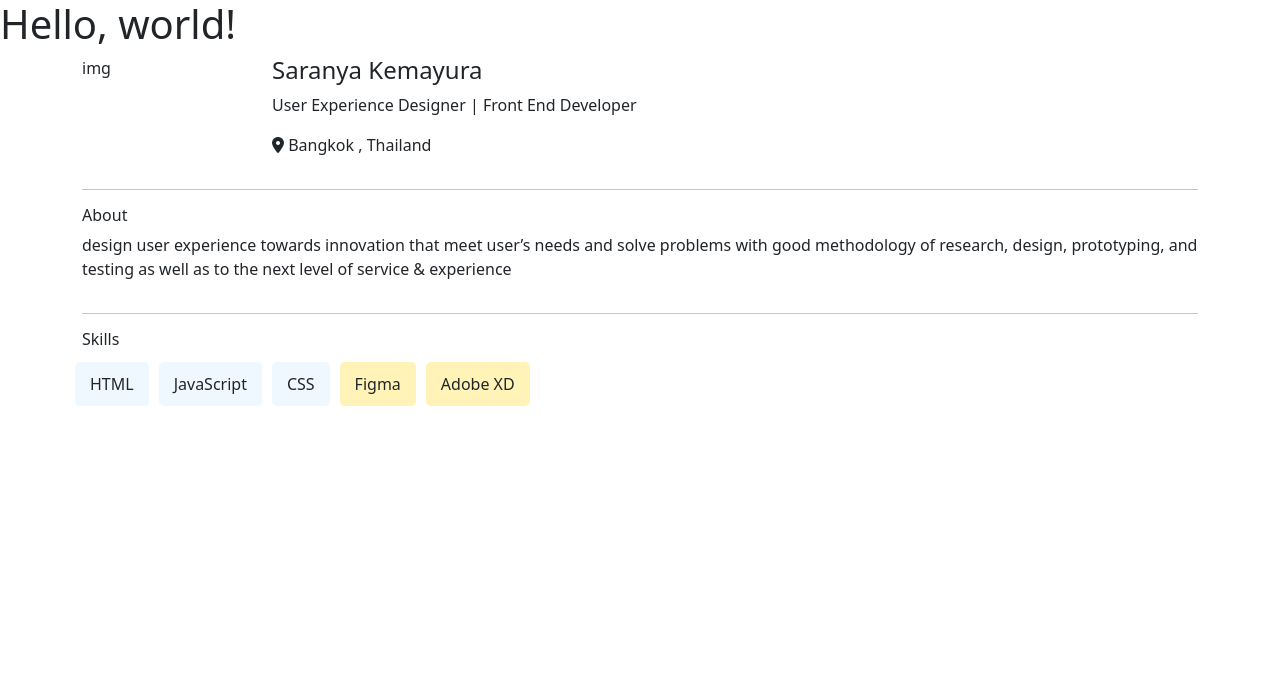
Repository: 0910th/portfolio
Page: index.html
The author's editor kept a copy of each file at every save. The page is drawn from the files as they stood at one save, then again after the next save.
The browser window is 1280 px wide. The pictures show the whole page.

Above is the page before, as saved 2022-12-12 10:18:28.

After the next save:
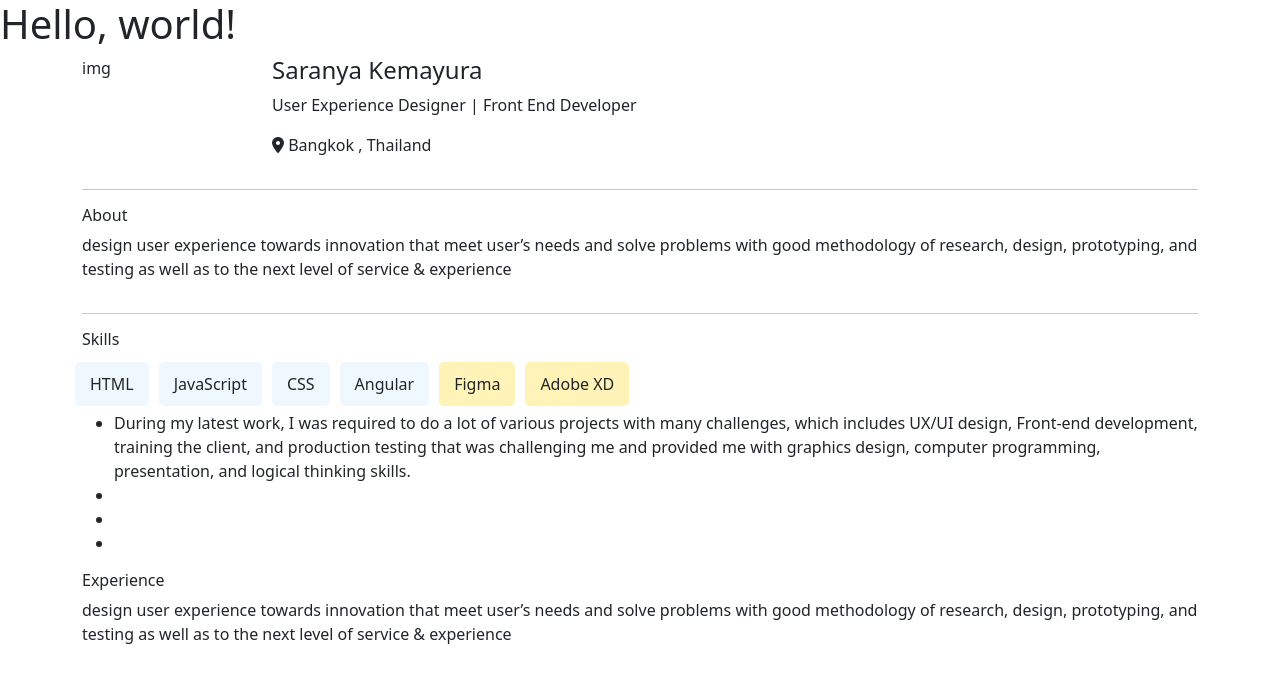
Saved 4 min 7 s later.
--- a/index.html
+++ b/index.html
@@ -45,8 +45,26 @@
             <div class="badge-text code">HTML</div>
             <div class="badge-text code">JavaScript</div>
             <div class="badge-text code">CSS</div>
+            <div class="badge-text code">Angular</div>
             <div class="badge-text design">Figma</div>
             <div class="badge-text design">Adobe XD</div>
+            <div class="">
+                <ul>
+                    <li>During my latest work, I was required to do a lot of various projects with many challenges, which includes UX/UI design,
+                    Front-end development, training the client, and production testing that was challenging me and provided me with graphics
+                    design, computer programming, presentation, and logical thinking skills.</li>
+                    <li></li>
+                    <li></li>
+                    <li></li>
+                </ul>
+            </div>
+        </div>
+        <div class="row">
+
+            <h6>Experience</h6>
+            <p>design user experience towards innovation that meet user’s needs and solve problems with good methodology of
+                research,
+                design, prototyping, and testing as well as to the next level of service & experience</p>
         </div>
 
     </div>
